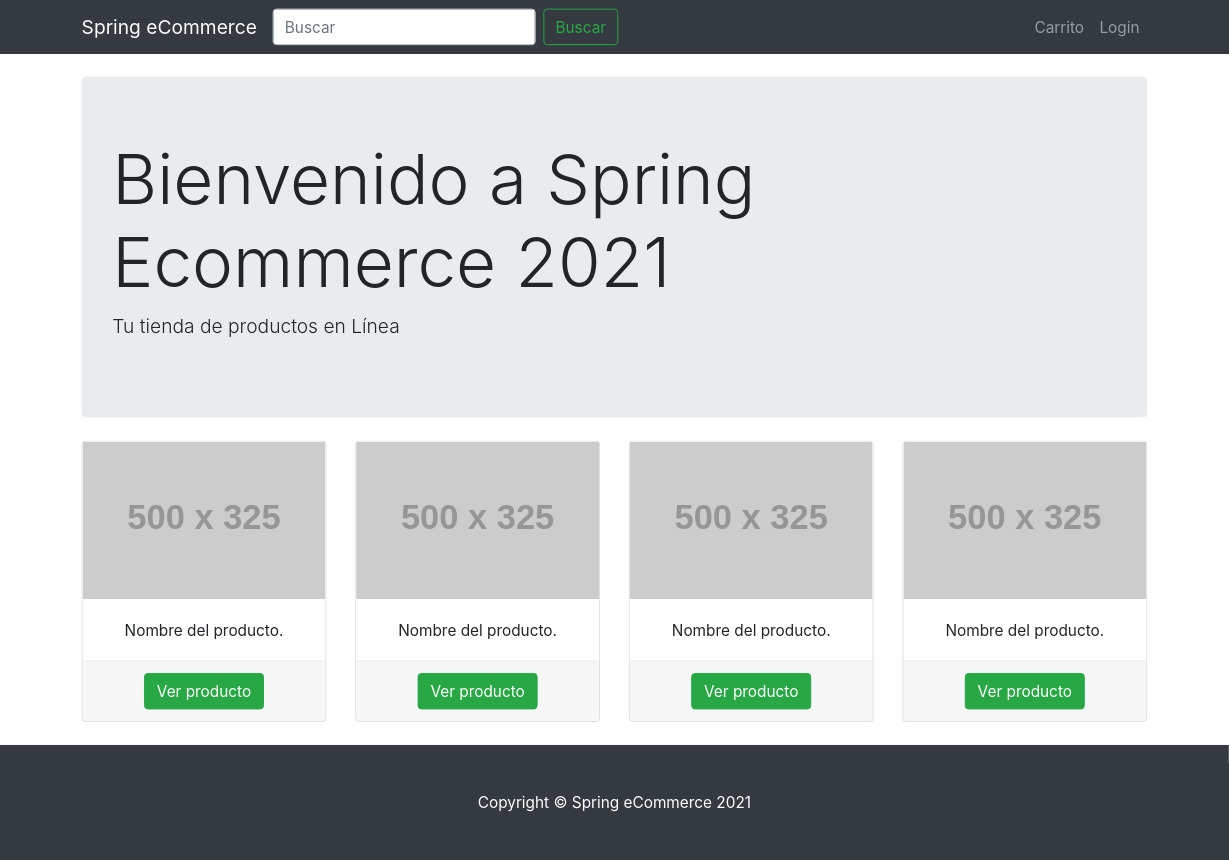
Repository: alexpool1122/Caso_Final_Laboratorio
Page: http://localhost/index
The author's editor kept a copy of each file at every save. The page is drawn from the files as they stood at one save, then again after the next save.
The browser window is 1280 px wide. The pictures show the whole page, at 96% of full size.
The page is this project's Thymeleaf template; nobody is signed in. Other server files are loaded and not shown. The template is opened directly, without the code that normally fills it, so the values that code supplies are empty.

Above is the page before, as saved 2023-11-23 09:14:07.

### CasoFinal/src/main/resources/templates/index.html
<!DOCTYPE html>
<html xmlns="http://www.w3.org/1999/xhtml" xmlns:th="http://www.thymeleaf.org">
<head>
  <meta charset="utf-8">
  <meta name="viewport" content="width=device-width, initial-scale=1, shrink-to-fit=no">
  <meta name="description" content="">
  <meta name="author" content="">
  <title>Reservas</title>

<link th:href="@{vendor/bootstrap/css/bootstrap.min.css}" rel="stylesheet">

<link th:href="@{css/heroic-features.css}" rel="stylesheet">

</head>

<body>

  <nav class="navbar navbar-expand-lg navbar-dark bg-dark fixed-top">
    <div class="container">
      <a class="navbar-brand" href="#">Spring eCommerce</a>

      <form class="form-inline my-2 my-lg-0" method="post"
      action="#">
      <input class="form-control mr-sm-2" type="search"
      placeholder="Buscar" aria-label="Search" name="nombre"
      autocomplete="off">
      <button class="btn btn-outline-success my-2 my-sm-0" type="submit">Buscar</button>
    </form>


    <button class="navbar-toggler" type="button" data-toggle="collapse" data-target="#navbarResponsive" aria-controls="navbarResponsive" aria-expanded="false" aria-label="Toggle navigation">
      <span class="navbar-toggler-icon"></span>
    </button>
    <div class="collapse navbar-collapse" id="navbarResponsive">
      <ul class="navbar-nav ml-auto">
        <li class="nav-item"><a class="nav-link"
          href="carrito.html">Carrito</a></li>
          <li class="nav-item"><a class="nav-link"
            href="login.html">Login</a></li>
          </ul>
        </div>
      </div>
    </nav>

    <!-- Page Content -->
    <div class="container">

      <!-- Jumbotron Header -->
      <header class="jumbotron my-4">
        <h1 class="display-3">Bienvenido a Spring Ecommerce 2021</h1>
        <p class="lead">Tu tienda de productos en Línea</p>
      </header>

      <!-- Page Features -->
      <div class="row text-center">

        <div class="col-lg-3 col-md-6 mb-4">
          <div class="card h-100">
            <img class="card-img-top" src="http://placehold.it/500x325" alt="">
            <div class="card-body">
              <p class="card-text">Nombre del producto.</p>
            </div>
            <div class="card-footer">
              <a href="productohome.html" class="btn btn-success">Ver producto</a>
            </div>
          </div>
        </div>

        <div class="col-lg-3 col-md-6 mb-4">
          <div class="card h-100">
            <img class="card-img-top" src="http://placehold.it/500x325" alt="">
            <div class="card-body">
              <p class="card-text">Nombre del producto.</p>
            </div>
            <div class="card-footer">
              <a href="#" class="btn btn-success">Ver producto</a>
            </div>
          </div>
        </div>

        <div class="col-lg-3 col-md-6 mb-4">
          <div class="card h-100">
            <img class="card-img-top" src="http://placehold.it/500x325" alt="">
            <div class="card-body">
              <p class="card-text">Nombre del producto.</p>
            </div>
            <div class="card-footer">
              <a href="#" class="btn btn-success">Ver producto</a>
            </div>
          </div>
        </div>
        <div class="col-lg-3 col-md-6 mb-4">
          <div class="card h-100">
            <img class="card-img-top" src="http://placehold.it/500x325" alt="">
            <div class="card-body">
              <p class="card-text">Nombre del producto.</p>
            </div>
            <div class="card-footer">
              <a href="#" class="btn btn-success">Ver producto</a>
            </div>
          </div>
        </div>

      </div>
      <!-- /.row -->

    </div>
    <!-- /.container -->

    <!-- Footer -->
    <footer class="py-5 bg-dark">
      <div class="container">
        <p class="m-0 text-center text-white">Copyright &copy; Spring eCommerce 2021</p>
      </div>

    </footer>

    <script th:src="@{vendor/jquery/jquery.min.js}"></script>
    <script th:src="@{vendor/bootstrap/js/bootstrap.bundle.min.js}"></script>

  </body>

  </html>

### CasoFinal/src/main/resources/templates/templado_header_footer.html
<!DOCTYPE html>
<html xmlns="http://www.w3.org/1999/xhtml" xmlns:th="http://www.thymeleaf.org">

<head>
	<meta charset="utf-8">
	<meta name="viewport" content="width=device-width, initial-scale=1, shrink-to-fit=no">
	<meta name="description" content="">
	<meta name="author" content="">
	<title>Reservas</title>

	<link th:href="@{vendor/bootstrap/css/bootstrap.min.css}" rel="stylesheet">

	<link th:href="@{css/heroic-features.css}" rel="stylesheet">

</head>

<body>

	<div th:fragment="header">
		<nav class="navbar navbar-expand-lg navbar-dark bg-dark fixed-top">
			<div class="container">
				<a class="navbar-brand" href="#">Spring eCommerce</a>

				<form class="form-inline my-2 my-lg-0" method="post" action="#">
					<input class="form-control mr-sm-2" type="search" placeholder="Buscar" aria-label="Search"
						name="nombre" autocomplete="off">
					<button class="btn btn-outline-success my-2 my-sm-0" type="submit">Buscar</button>
				</form>


				<button class="navbar-toggler" type="button" data-toggle="collapse" data-target="#navbarResponsive"
					aria-controls="navbarResponsive" aria-expanded="false" aria-label="Toggle navigation">
					<span class="navbar-toggler-icon"></span>
				</button>
				<div class="collapse navbar-collapse" id="navbarResponsive">
					<ul class="navbar-nav ml-auto">
						<li class="nav-item"><a class="nav-link" href="carrito.html">Carrito</a></li>
						<li class="nav-item"><a class="nav-link" href="login.html">Login</a></li>
					</ul>
				</div>
			</div>
		</nav>
	</div>

	<div th:fragment="footer">
		<footer class="py-5 bg-dark">
			<div class="container">
				<p class="m-0 text-center text-white">Copyright &copy; Spring eCommerce 2021</p>
			</div>

		</footer>
	</div>
	<script th:src="@{vendor/jquery/jquery.min.js}"></script>
	<script th:src="@{vendor/bootstrap/js/bootstrap.bundle.min.js}"></script>

</body>

</html>

Loaded but not shown: CasoFinal/src/main/resources/static/css/heroic-features.css (common file)

After the next save:
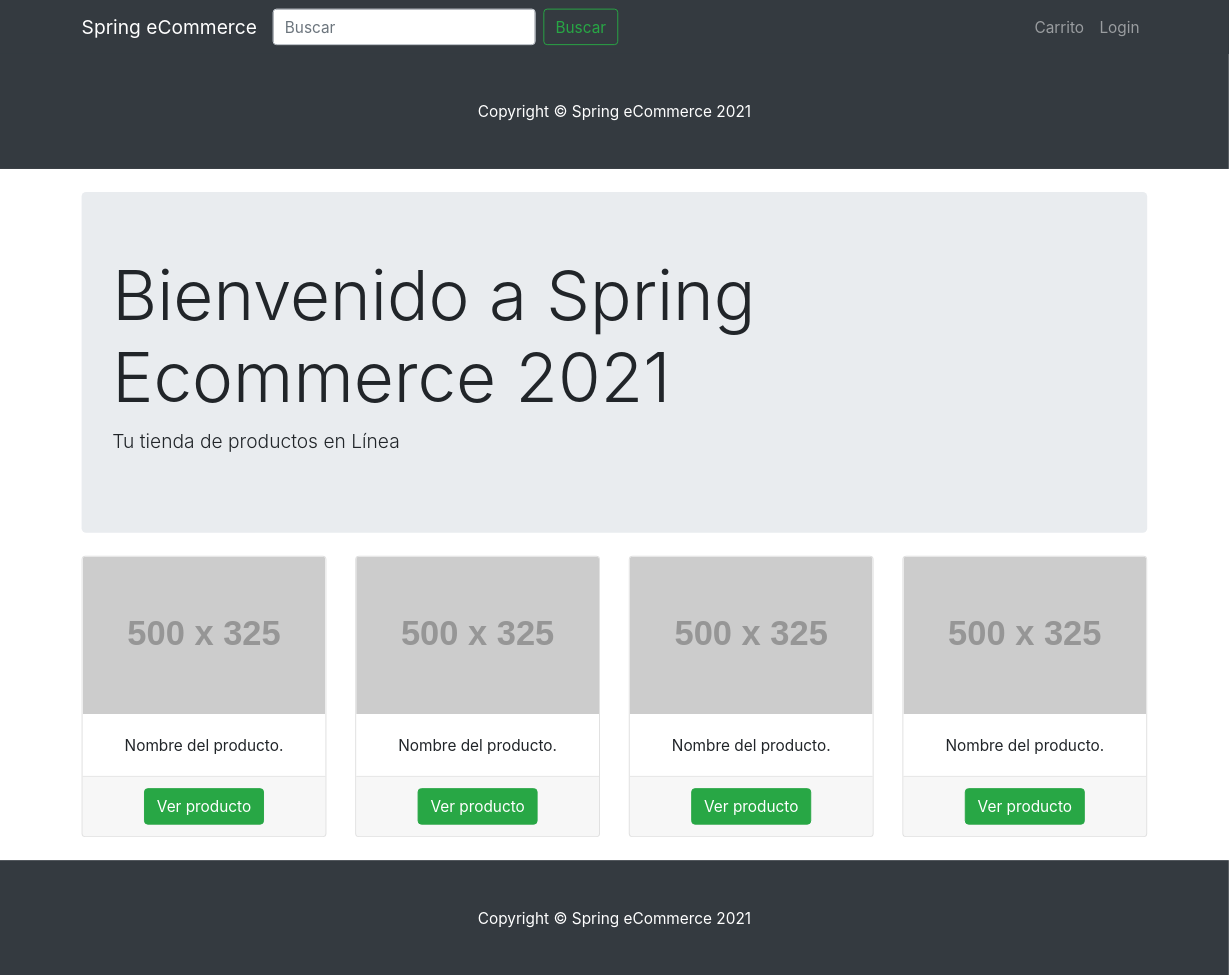
Saved 2 min 6 s later.
--- a/CasoFinal/src/main/resources/templates/index.html
+++ b/CasoFinal/src/main/resources/templates/index.html
@@ -15,32 +15,7 @@
 
 <body>
 
-  <nav class="navbar navbar-expand-lg navbar-dark bg-dark fixed-top">
-    <div class="container">
-      <a class="navbar-brand" href="#">Spring eCommerce</a>
-
-      <form class="form-inline my-2 my-lg-0" method="post"
-      action="#">
-      <input class="form-control mr-sm-2" type="search"
-      placeholder="Buscar" aria-label="Search" name="nombre"
-      autocomplete="off">
-      <button class="btn btn-outline-success my-2 my-sm-0" type="submit">Buscar</button>
-    </form>
-
-
-    <button class="navbar-toggler" type="button" data-toggle="collapse" data-target="#navbarResponsive" aria-controls="navbarResponsive" aria-expanded="false" aria-label="Toggle navigation">
-      <span class="navbar-toggler-icon"></span>
-    </button>
-    <div class="collapse navbar-collapse" id="navbarResponsive">
-      <ul class="navbar-nav ml-auto">
-        <li class="nav-item"><a class="nav-link"
-          href="carrito.html">Carrito</a></li>
-          <li class="nav-item"><a class="nav-link"
-            href="login.html">Login</a></li>
-          </ul>
-        </div>
-      </div>
-    </nav>
+  <div th:include="templado_header_footer.html"></div>
 
     <!-- Page Content -->
     <div class="container">

After the save that followed:
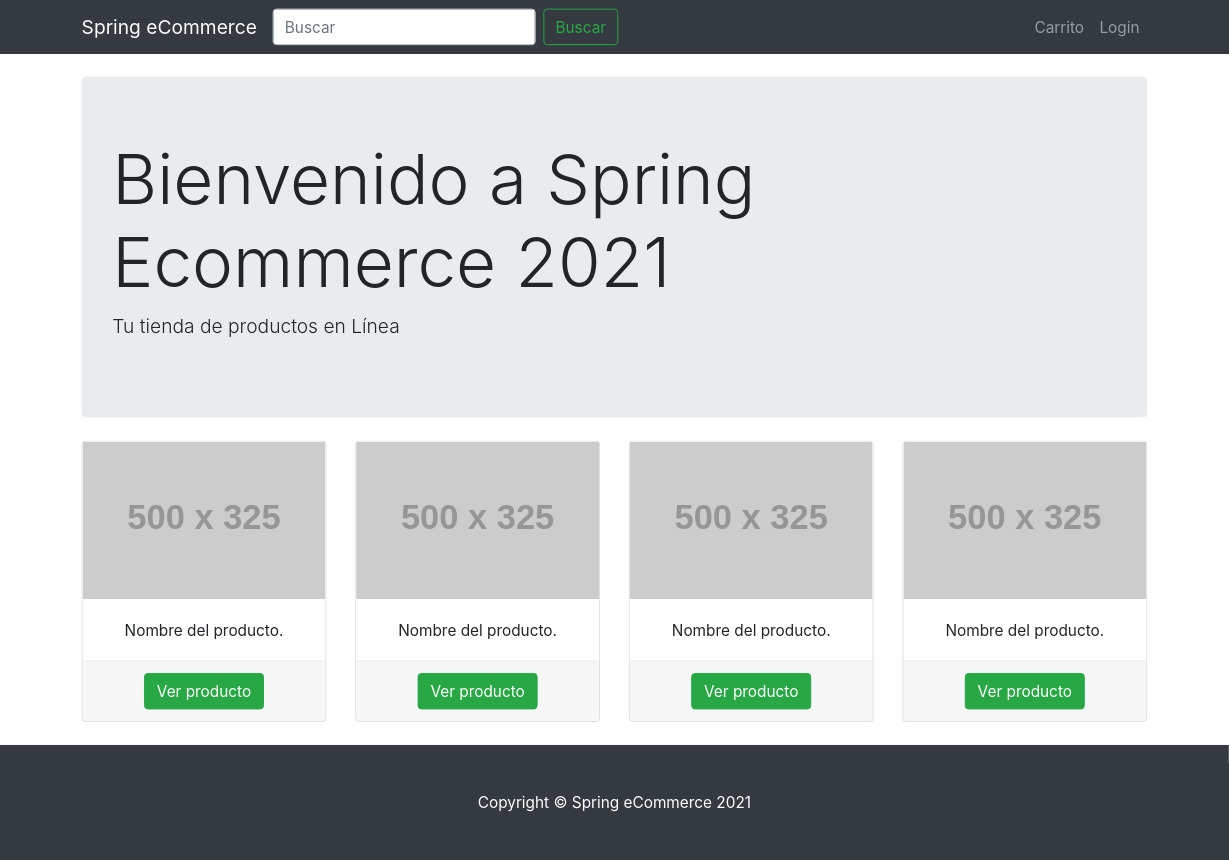
Saved 15 s later.
--- a/CasoFinal/src/main/resources/templates/index.html
+++ b/CasoFinal/src/main/resources/templates/index.html
@@ -15,7 +15,7 @@
 
 <body>
 
-  <div th:include="templado_header_footer.html"></div>
+  <div th:include="templado_header_footer.html::header"></div>
 
     <!-- Page Content -->
     <div class="container">
